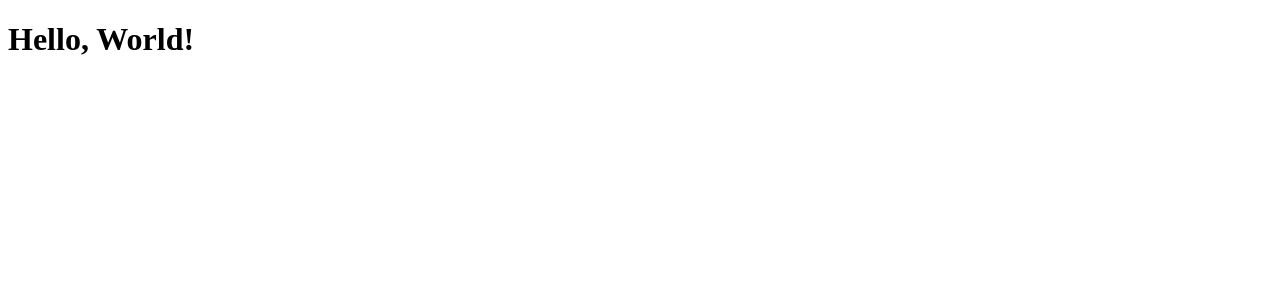
Repository: Sahil1021/Movie_recommender
Page: application/templates/index.html
The author's editor kept a copy of each file at every save. The page is drawn from the files as they stood at one save, then again after the next save.
The browser window is 1280 px wide. The pictures show the whole page.

Above is the page before, as saved 2024-05-02 13:26:36.

### application/templates/index.html
<!DOCTYPE html>
<html lang="en">
  <head>
    <meta charset="UTF-8" />
    <meta name="viewport" content="width=device-width, initial-scale=1.0" />
    <title>Hello World</title>
  </head>
  <body>
    <h1>Hello, World!</h1>
  </body>
</html>

After the next save:
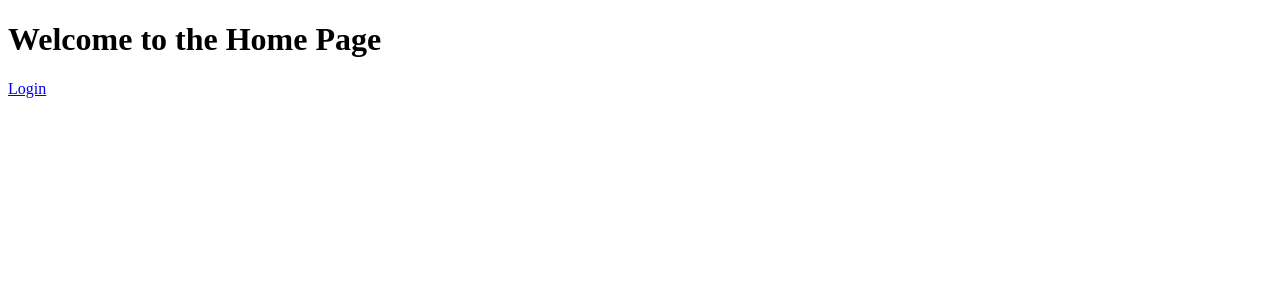
Saved 20 s later.
--- a/application/templates/index.html
+++ b/application/templates/index.html
@@ -3,9 +3,10 @@
   <head>
     <meta charset="UTF-8" />
     <meta name="viewport" content="width=device-width, initial-scale=1.0" />
-    <title>Hello World</title>
+    <title>Home Page</title>
   </head>
   <body>
-    <h1>Hello, World!</h1>
+    <h1>Welcome to the Home Page</h1>
+    <a href="/login">Login</a>
   </body>
 </html>
